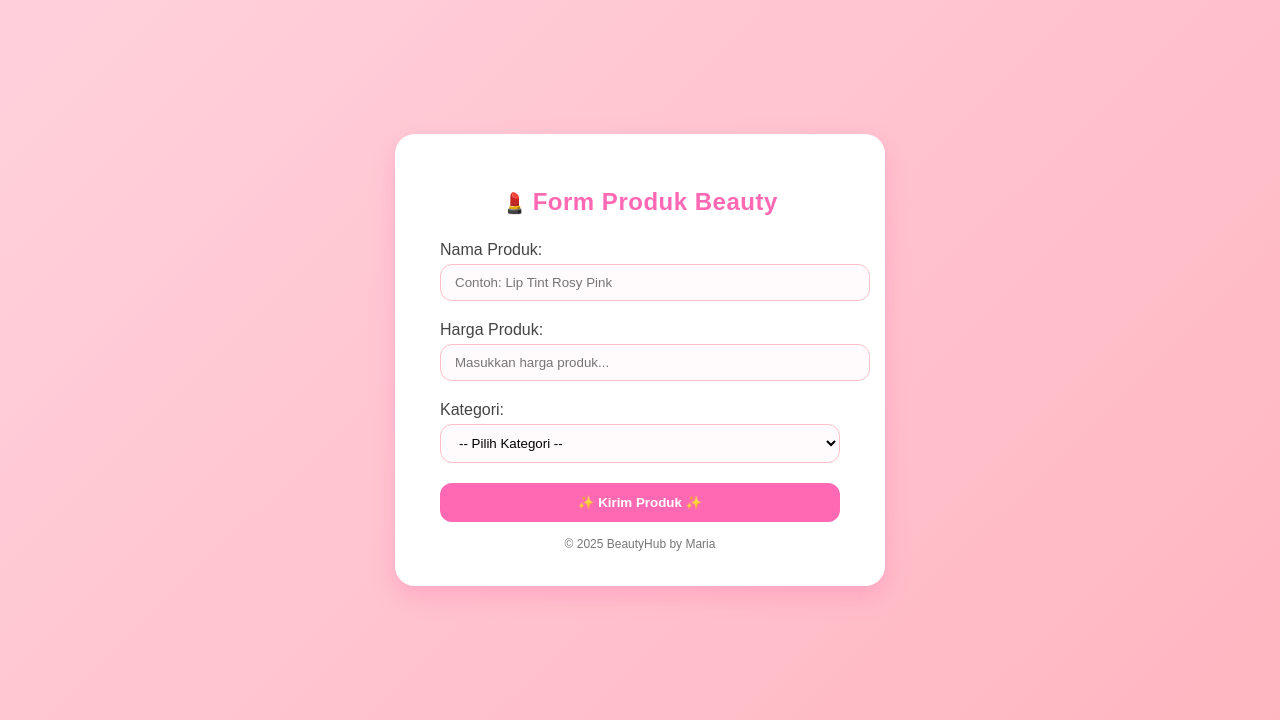
Repository: Bearli-py/latihan_laravel
Page: http://localhost/form-produk
The author's editor kept a copy of each file at every save. The page is drawn from the files as they stood at one save, then again after a run of saves.
The browser window is 1280 px wide. The pictures show the whole page.
Some web fonts or font styles are not loaded; a fallback is used. The page is served by the project's Laravel application, run on PHP 8.4 with Laravel 10.

Above is the page before, as saved 2025-10-22 14:52:27.

After the next 3 saves:
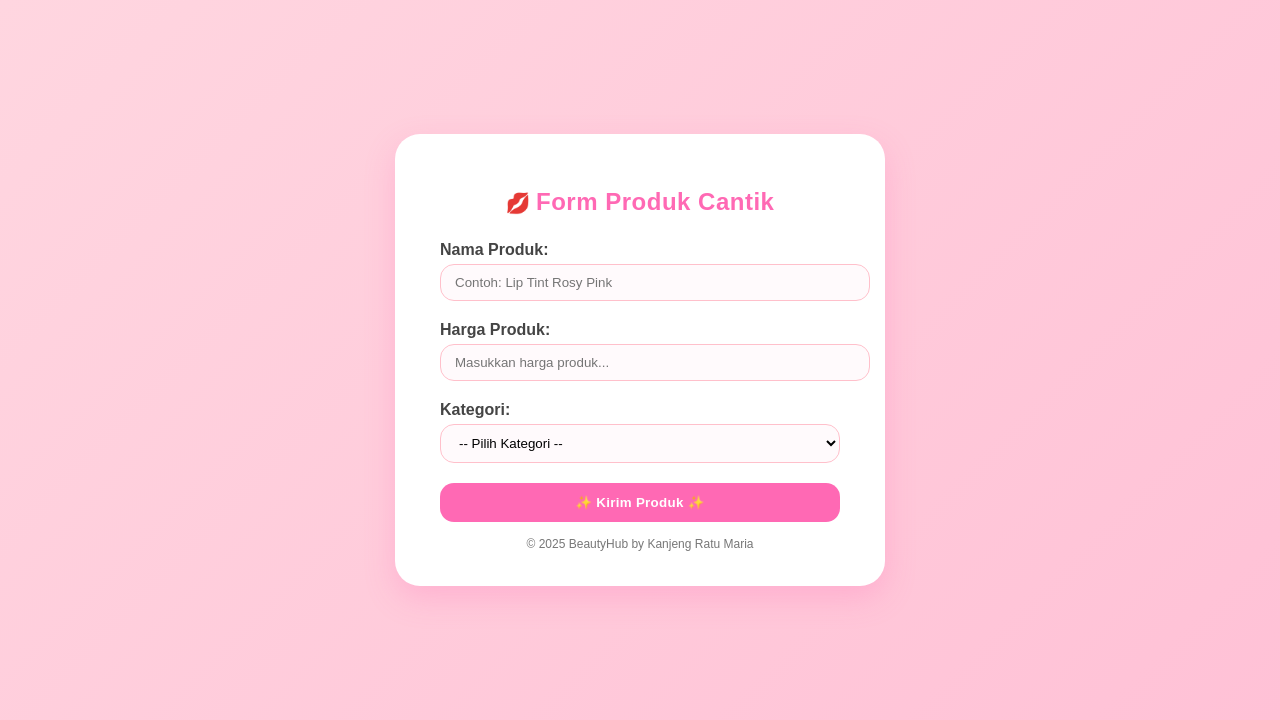
The 3 saves are shown as one change because they came seconds apart.
The last was saved 103 s later.
--- a/resources/views/form-produk.blade.php
+++ b/resources/views/form-produk.blade.php
@@ -3,11 +3,14 @@
 <head>
     <meta charset="UTF-8">
     <meta name="viewport" content="width=device-width, initial-scale=1.0">
-    <title>Form Input Produk Cantik</title>
+    <title>Form Produk Cantik</title>
+    <!-- Import font aesthetic -->
+    <link href="https://fonts.googleapis.com/css2?family=Quicksand:wght@400;500;600;700&display=swap" rel="stylesheet">
+
     <style>
         body {
-            font-family: 'Poppins', sans-serif;
-            background: linear-gradient(135deg, #FFD1DC, #FFB6C1);
+            font-family: 'Quicksand', sans-serif;
+            background: linear-gradient(135deg, #FFD6E0, #FFC1D6);
             min-height: 100vh;
             display: flex;
             align-items: center;
@@ -19,8 +22,14 @@
             background-color: #fff;
             width: 400px;
             padding: 35px 45px;
-            border-radius: 20px;
-            box-shadow: 0 10px 25px rgba(255, 105, 180, 0.3);
+            border-radius: 25px;
+            box-shadow: 0 12px 30px rgba(255, 105, 180, 0.25);
+            transition: 0.3s;
+        }
+
+        .form-container:hover {
+            transform: translateY(-3px);
+            box-shadow: 0 15px 35px rgba(255, 105, 180, 0.35);
         }
 
         h2 {
@@ -32,7 +41,7 @@
         }
 
         label {
-            font-weight: 500;
+            font-weight: 600;
             color: #444;
         }
 
@@ -42,10 +51,11 @@
             margin-top: 5px;
             margin-bottom: 20px;
             border: 1px solid #ffc0cb;
-            border-radius: 12px;
+            border-radius: 14px;
             outline: none;
-            transition: 0.3s;
+            transition: all 0.3s ease;
             background-color: #fffafc;
+            font-family: 'Quicksand', sans-serif;
         }
 
         input:focus, select:focus {
@@ -58,15 +68,18 @@
             padding: 12px;
             background-color: #FF69B4;
             color: white;
-            font-weight: 600;
+            font-weight: 700;
             border: none;
-            border-radius: 12px;
+            border-radius: 14px;
             cursor: pointer;
             transition: 0.3s;
+            font-family: 'Quicksand', sans-serif;
+            letter-spacing: 0.3px;
         }
 
         button:hover {
             background-color: #ff4da6;
+            transform: scale(1.03);
         }
 
         footer {
@@ -84,7 +97,7 @@
 </head>
 <body>
     <div class="form-container">
-        <h2><span class="emoji">💄</span>Form Produk Beauty</h2>
+        <h2><span class="emoji">💋</span>Form Produk Cantik</h2>
         <form action="/kirim-produk" method="POST">
             @csrf
             <label for="nama">Nama Produk:</label>
@@ -105,7 +118,7 @@
 
             <button type="submit">✨ Kirim Produk ✨</button>
         </form>
-        <footer>© 2025 BeautyHub by Maria</footer>
+        <footer>© 2025 BeautyHub by Kanjeng Ratu Maria</footer>
     </div>
 </body>
 </html>
